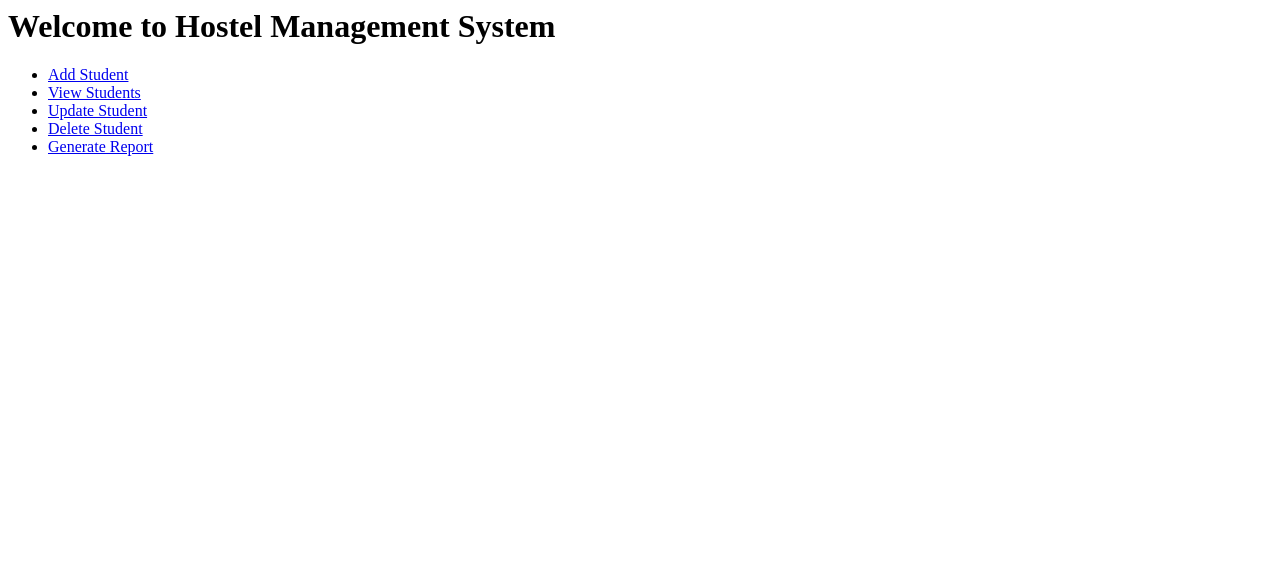
Repository: Keerthana2M/Hostel-Management-system
Page: http://localhost/Hostelweb/
The author's editor kept a copy of each file at every save. The page is drawn from the files as they stood at one save, then again after the next save.
The browser window is 1280 px wide. The pictures show the whole page.
The page is served by Tomcat 9.

Above is the page before, as saved 2025-05-28 13:18:44.

After the next save:
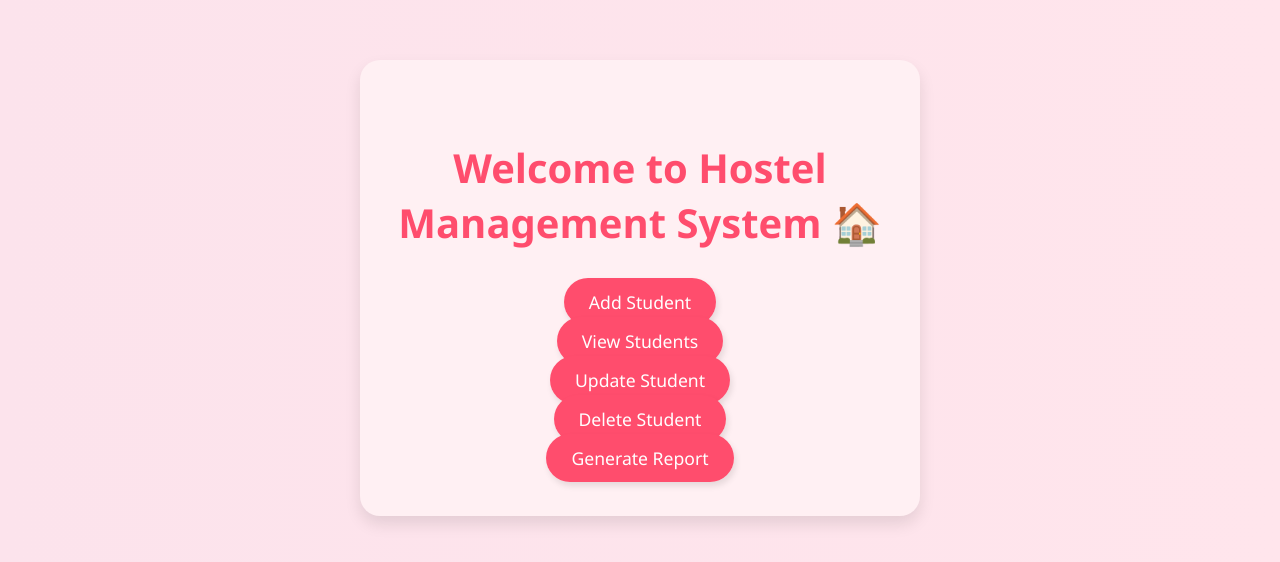
Saved 4 min 26 s later.
--- a/Hostelweb/src/main/webapp/index.jsp
+++ b/Hostelweb/src/main/webapp/index.jsp
@@ -1,16 +1,71 @@
 <%@ page language="java" contentType="text/html; charset=UTF-8" pageEncoding="UTF-8"%>
+<!DOCTYPE html>
 <html>
 <head>
     <title>Hostel Management System</title>
+    <style>
+        body {
+            font-family: 'Segoe UI', Tahoma, Geneva, Verdana, sans-serif;
+            background: linear-gradient(to right, #fce3ec, #ffe5ec);
+            margin: 0;
+            padding: 0;
+            text-align: center;
+        }
+
+        h1 {
+            margin-top: 50px;
+            font-size: 2.5em;
+            color: #ff4d6d;
+            text-shadow: 1px 1px 2px #fff0f3;
+        }
+
+        ul {
+            list-style: none;
+            padding: 0;
+            margin-top: 40px;
+        }
+
+        li {
+            margin: 15px 0;
+        }
+
+        a {
+            text-decoration: none;
+            background-color: #ff4d6d;
+            color: white;
+            padding: 12px 25px;
+            border-radius: 30px;
+            font-size: 1.1em;
+            transition: background-color 0.3s ease, transform 0.2s ease;
+            box-shadow: 2px 4px 6px rgba(0, 0, 0, 0.1);
+        }
+
+        a:hover {
+            background-color: #ff6b81;
+            transform: scale(1.05);
+        }
+
+        .container {
+            max-width: 500px;
+            margin: 0 auto;
+            background: #fff0f3;
+            padding: 30px;
+            border-radius: 20px;
+            box-shadow: 0 8px 16px rgba(0,0,0,0.1);
+            margin-top: 60px;
+        }
+    </style>
 </head>
 <body>
-<h1>Welcome to Hostel Management System</h1>
-<ul>
-    <li><a href="studentadd.jsp">Add Student</a></li>
-    <li><a href="DisplayStudentsServlet">View Students</a></li>
-    <li><a href="studentupdate.jsp">Update Student</a></li>
-    <li><a href="studentdelete.jsp">Delete Student</a></li>
-    <li><a href="ReportCriteriaServlet">Generate Report</a></li>
-</ul>
+    <div class="container">
+        <h1>Welcome to Hostel Management System 🏠</h1>
+        <ul>
+            <li><a href="studentadd.jsp"> Add Student</a></li>
+            <li><a href="DisplayStudentsServlet"> View Students</a></li>
+            <li><a href="studentupdate.jsp"> Update Student</a></li>
+            <li><a href="studentdelete.jsp"> Delete Student</a></li>
+            <li><a href="ReportCriteriaServlet"> Generate Report</a></li>
+        </ul>
+    </div>
 </body>
 </html>
